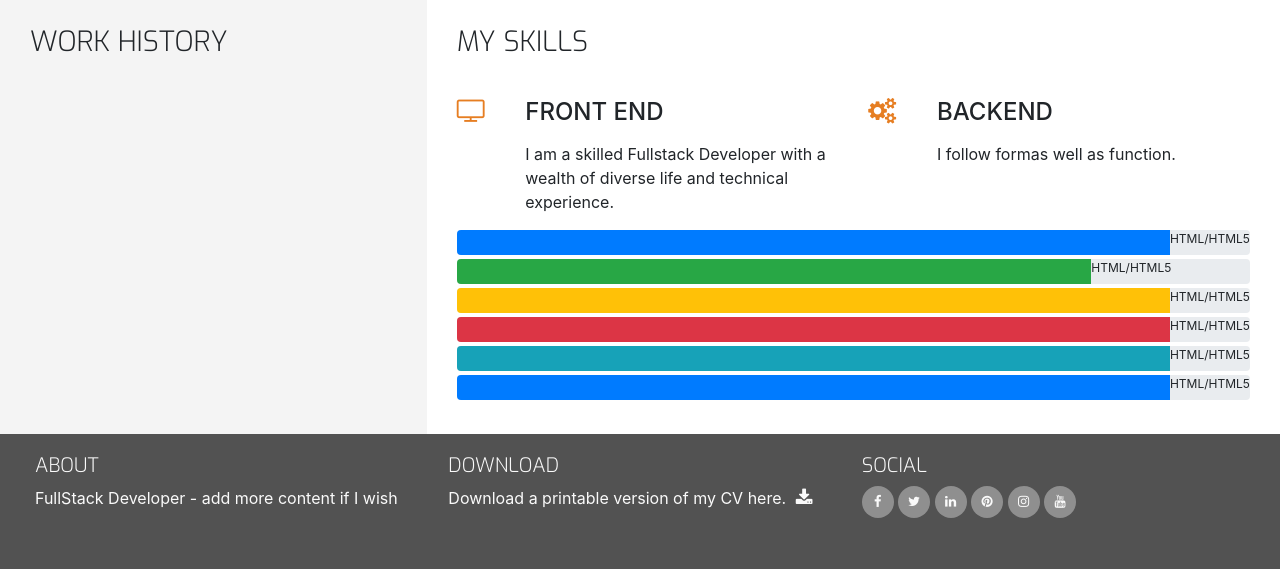
Repository: JustWhiteGit/Rosies-Resume
Page: resume.html
The author's editor kept a record of every edit. The page is drawn from the files as they stood at one moment, then again after the next edit.
The browser window is 1280 px wide. The pictures show the part of the page from y = 369 to 938 px (the page is 938 px tall).

Above is the page before.

After the next edit:
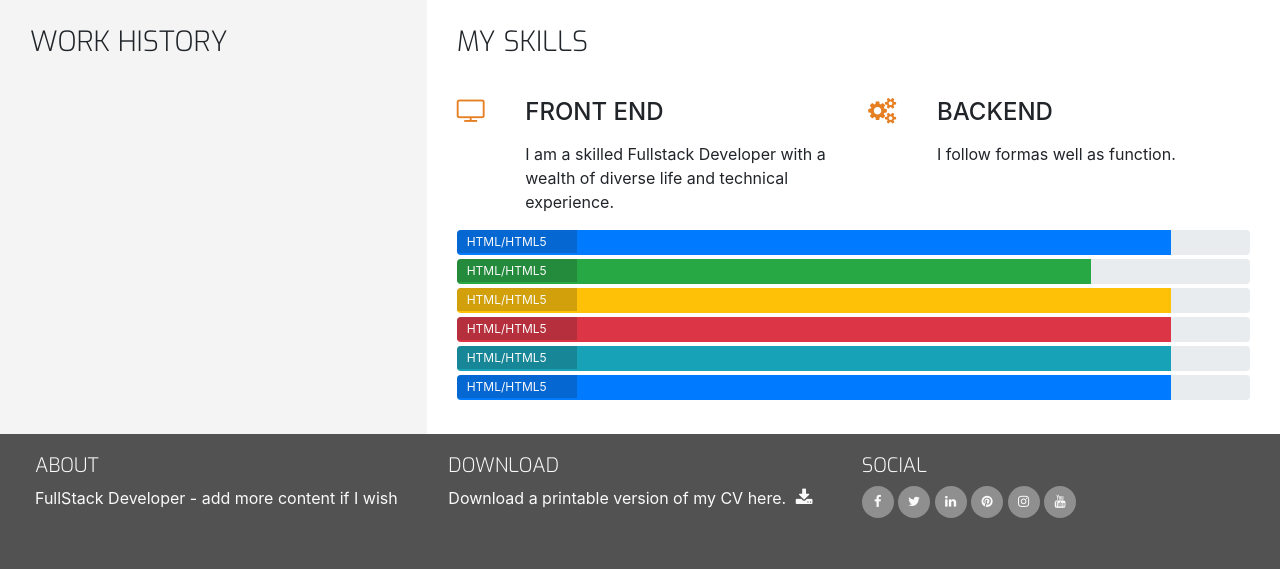
The edit:
--- a/assets/css/styles.css
+++ b/assets/css/styles.css
@@ -279,6 +279,15 @@
 }
 
 .progress-type {
-
-    }
-}
+    position: absolute;
+    left: 0px;
+    font-weight: 400;
+    padding: 3px 30px 2px 10px;
+    color: #fafafa;
+    background-color: rgba(25, 25, 25, 0.2);
+}
+
+
+.progress-section {
+    margin: 40px 20px;
+}
